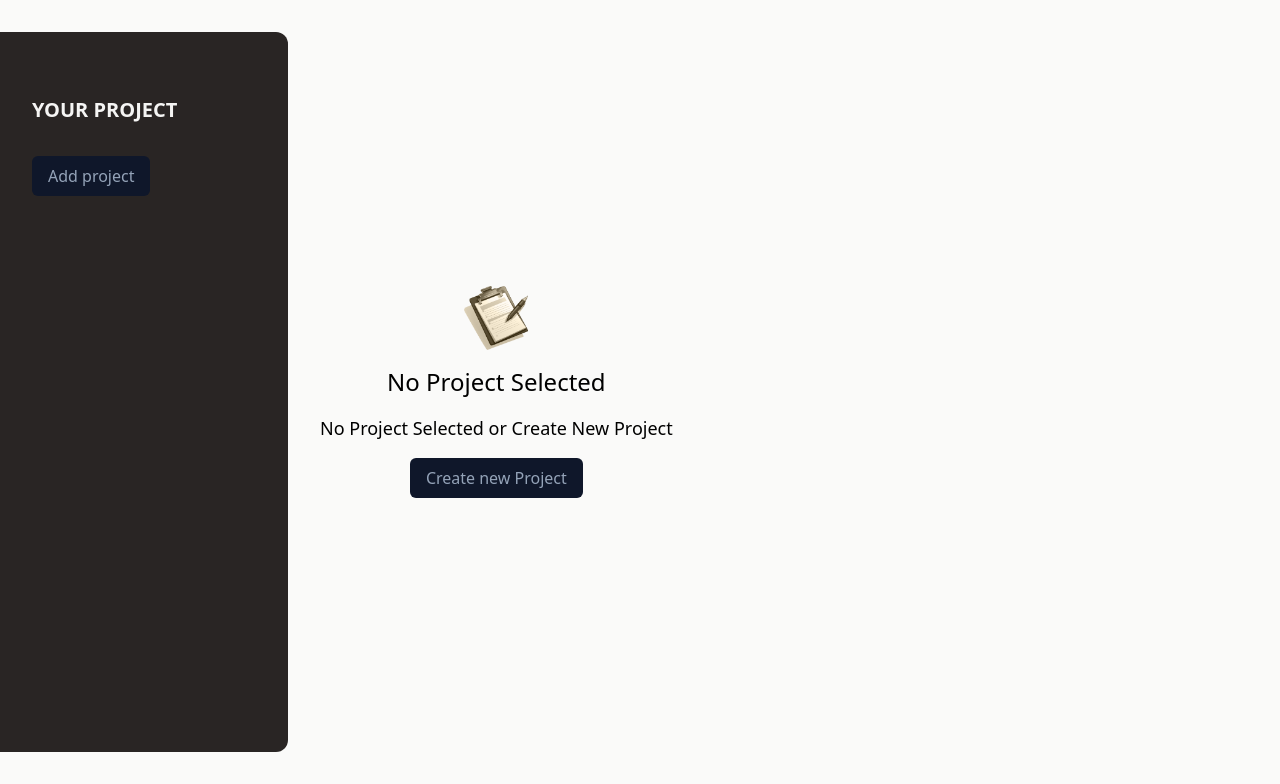
Repository: sibi24sibi/todo-list-using-reactjs
Page: /
An editor plug-in stored every save of this project. The page is shown before and after the next save, followed by the edit.
The browser window is 1280 px wide. The pictures show the whole page.
The project was rebuilt for these pictures with package versions that can differ from the ones it lists, and the page was loaded fresh each time. Also part of the build but not shown: vite.config.js, src/Components/Input.jsx, src/Components/NewProjects.jsx.

Above is the page before, as saved 2024-06-24 14:55:53.

### src/App.jsx
import NewPoject from "./Components/NewProjects";
import Noprojects from "./Components/NoProjects";
import SideBar from "./Components/SideBar";

function App() {
  return (
    <>
      <main className="h-screen my-8 flex gap-8">
        <SideBar />
        <Noprojects />
      </main>
    </>
  );
}

export default App;

### src/Components/NoProjects.jsx
import noProjects from "../assets/no-projects.png";
import Button from "./Button";

export default function Noprojects() {
  return (
    <div className="flex flex-col gap-4 justify-center items-center ">
      <img src={noProjects} alt="No Projects" className="w-16 h-16" />
      <h2 className="text-2xl ">No Project Selected</h2>
      <p className=" text-lg">No Project Selected or Create New Project</p>
      <p>
        <Button className="">Create new Project</Button>
      </p>
    </div>
  );
}

### src/Components/SideBar.jsx
import Button from "./Button";

export default function SideBar() {
  return (
    <aside className="w-1/3 px-8 py-16 bg-stone-800 text-stone-50 md:w-72 rounded-r-xl">
      <h2 className="mb-8 font-bold uppercase md:text-xl text-stone-100">
        your project
      </h2>
      <div>
        <Button className="px-4 py-2 text-slate-400 hover:text-slate-900 md:text-base rounded-md bg-slate-800 hover:bg-slate-400">
          Add project
        </Button>
      </div>
      <ul></ul>
    </aside>
  );
}

### src/Components/Button.jsx
export default function Button({ children, ...props }) {
  return (
    <button
      {...props}
      className="px-4 py-2 text-slate-400 hover:text-slate-900 md:text-base rounded-md bg-slate-900 hover:bg-slate-400"
    >
      {children}
    </button>
  );
}

Loaded but not shown: index.html (common file); src/main.jsx (common file); src/index.css (common file); tailwind.config.js (common file)

After the next save:
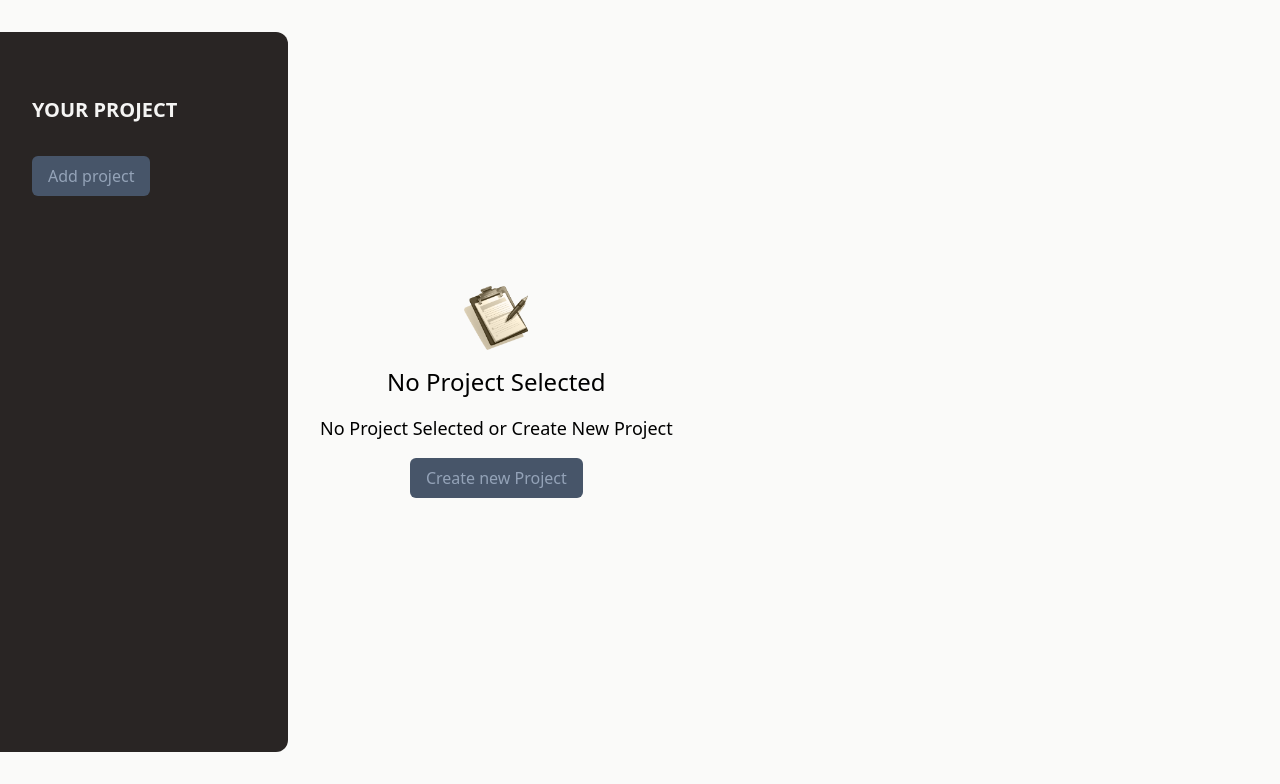
Saved 5 s later.
--- a/src/Components/Button.jsx
+++ b/src/Components/Button.jsx
@@ -2,7 +2,7 @@
   return (
     <button
       {...props}
-      className="px-4 py-2 text-slate-400 hover:text-slate-900 md:text-base rounded-md bg-slate-900 hover:bg-slate-400"
+      className="px-4 py-2 text-slate-400 hover:text-slate-900 md:text-base rounded-md bg-slate-600 hover:bg-slate-400"
     >
       {children}
     </button>

After the save that followed:
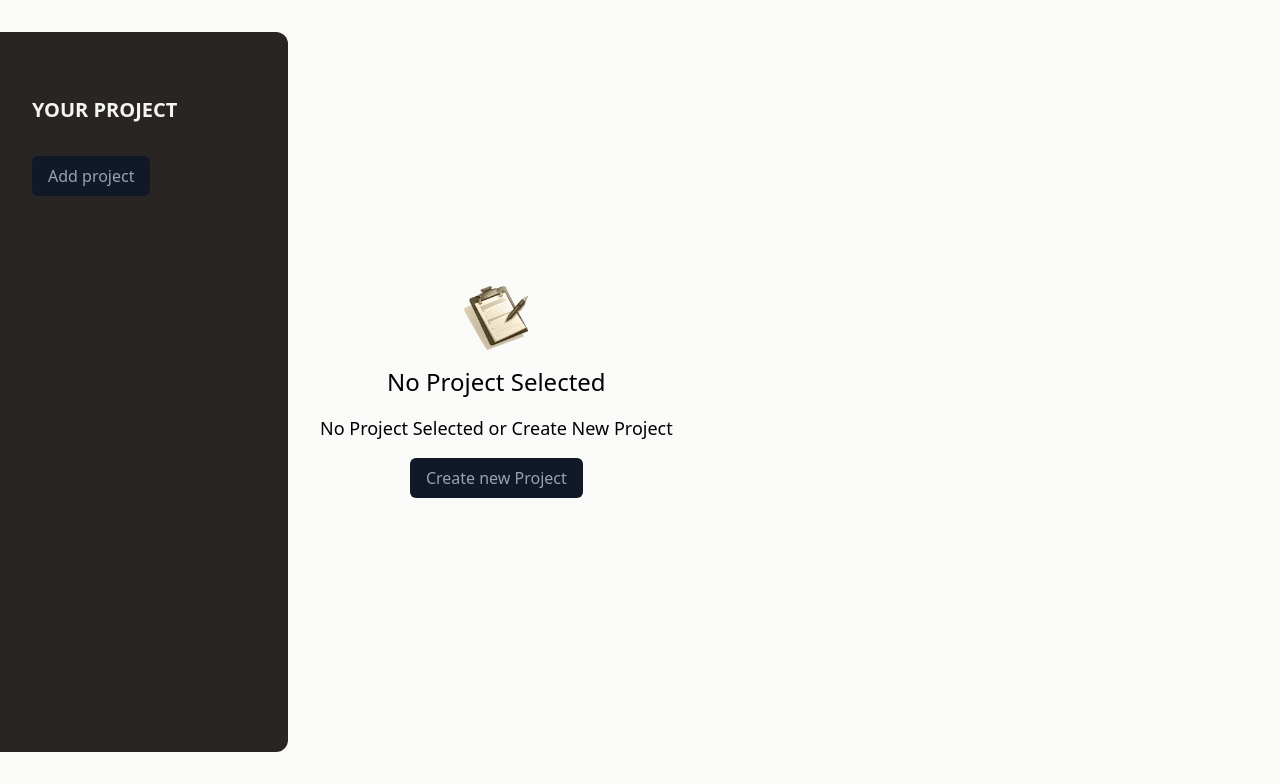
Saved 12 s later.
--- a/src/Components/Button.jsx
+++ b/src/Components/Button.jsx
@@ -2,7 +2,7 @@
   return (
     <button
       {...props}
-      className="px-4 py-2 text-slate-400 hover:text-slate-900 md:text-base rounded-md bg-slate-600 hover:bg-slate-400"
+      className="px-4 py-2 text-slate-400 hover:text-slate-900 md:text-base rounded-md  bg-gray-900 hover:bg-slate-400"
     >
       {children}
     </button>
